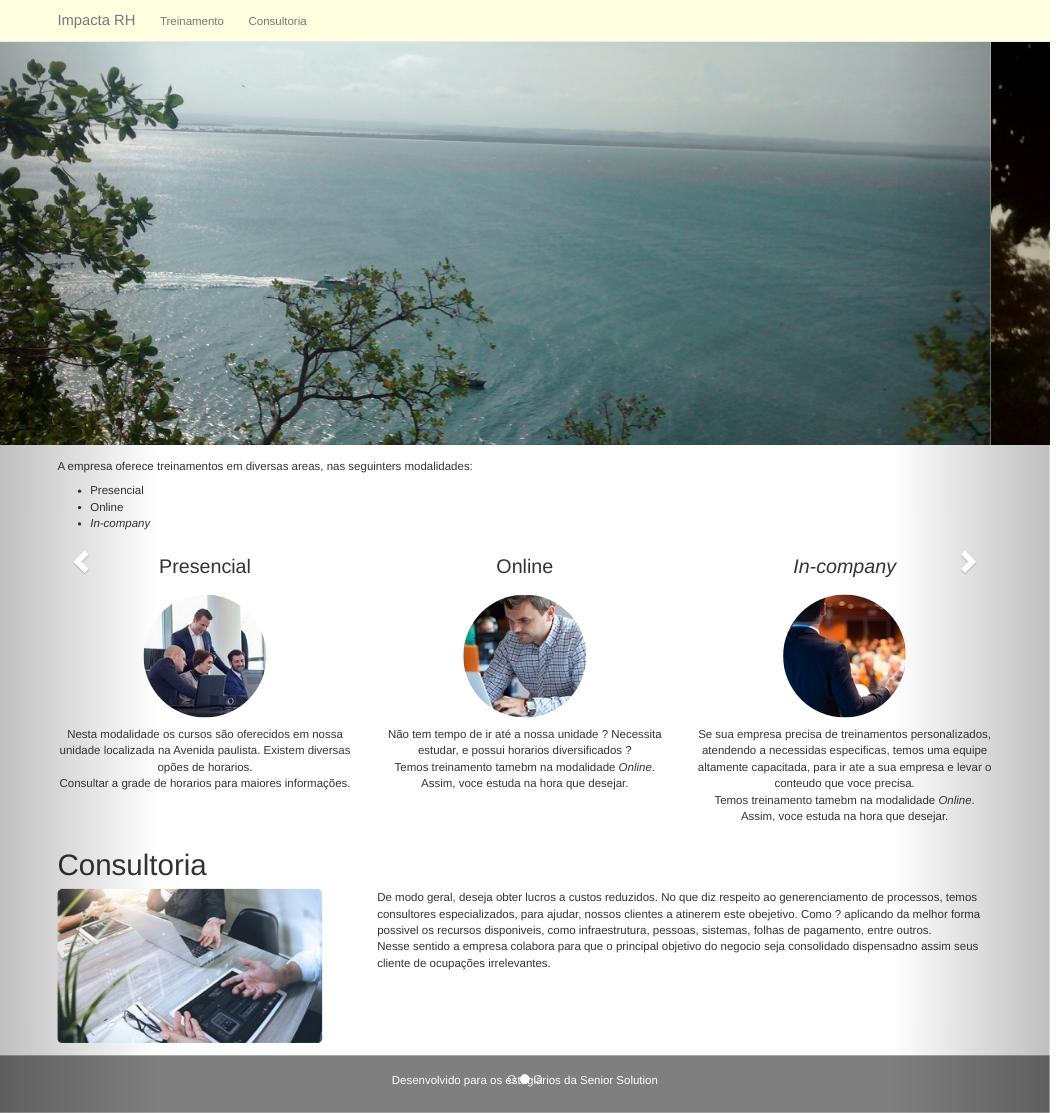
Repository: NicholasMaestrello/treinamento-impacta
Page: DesenvolvimentoJava/Modulo06/02_EmpresaRH/WebContent/produtos.html
These files come from the project's save history. The page is drawn as it stood at one moment and after the next save; the edit follows.
The browser window is 1280 px wide. The page is 1295 px wide, so the pictures cover 1295 px, including what lies to the right of the window. The pictures show the whole page, at 82% of full size.
Some web libraries are served in a nearby version.

Above is the page before, as saved 2017-10-20 17:41:57.

After the next save:
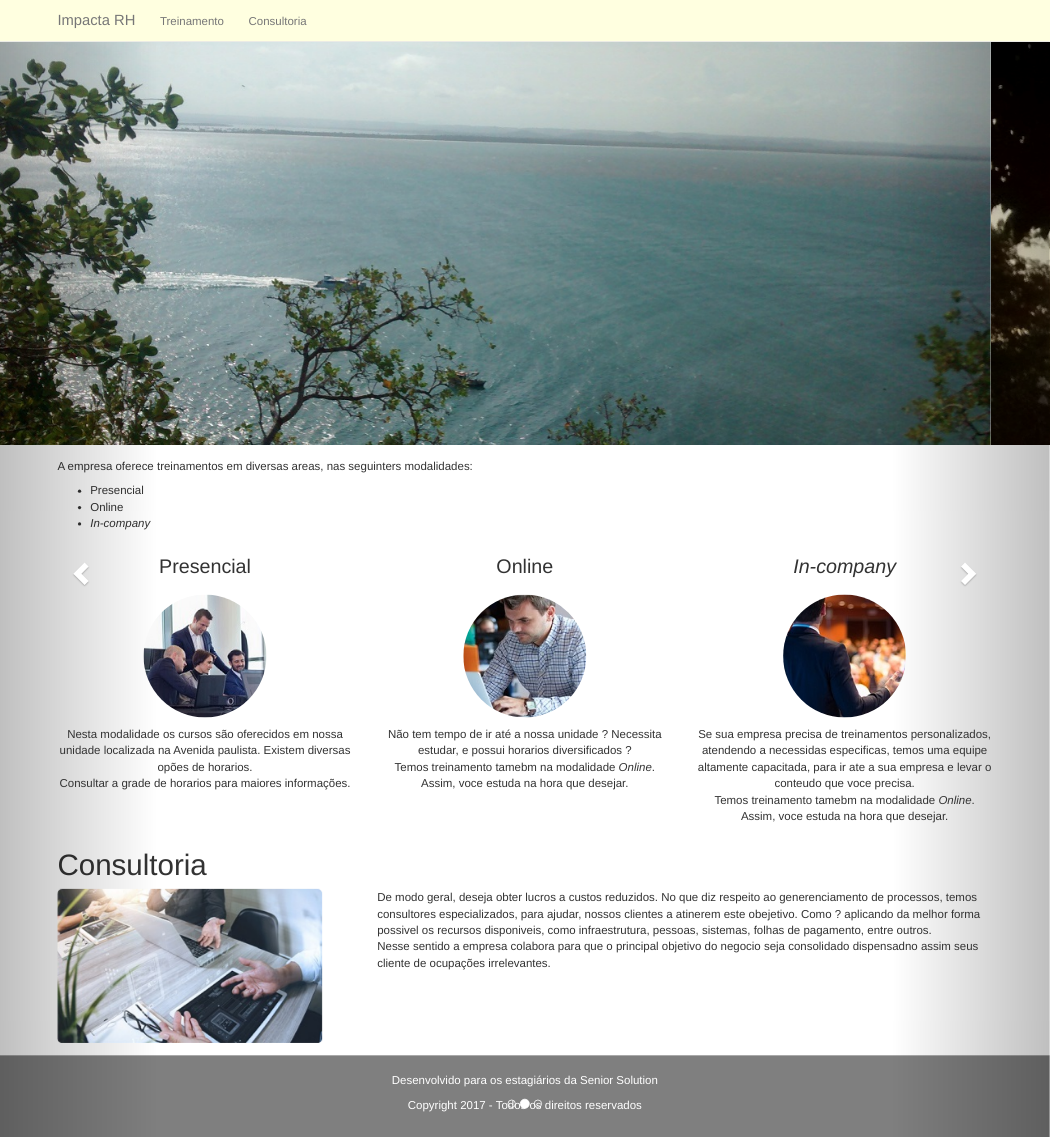
Saved 27 s later.
--- a/DesenvolvimentoJava/Modulo06/02_EmpresaRH/WebContent/produtos.html
+++ b/DesenvolvimentoJava/Modulo06/02_EmpresaRH/WebContent/produtos.html
@@ -134,6 +134,7 @@
 				</div>
 				<div class="footer">
 					<p>Desenvolvido para os estagiários da Senior Solution</p>
+					<p>Copyright 2017 - Todos os direitos reservados</p>
 				</div>
 
 			</div>
